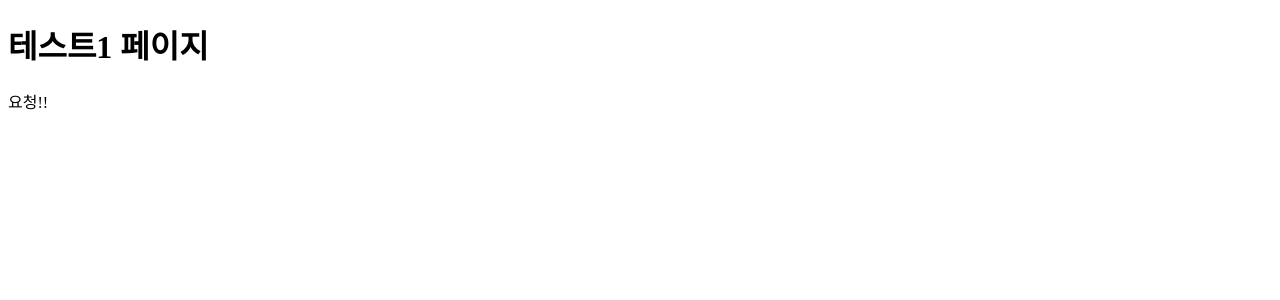
Repository: jyein/spring-boot
Page: servlet/ServletStudy-202210-seonguk/src/main/webapp/WEB-INF/test1.html
The author's editor kept a copy of each file at every save. The page is drawn from the files as they stood at one save, then again after the next save.
The browser window is 1280 px wide. The pictures show the whole page.

Above is the page before, as saved 2022-11-30 11:38:50.

After the next save:
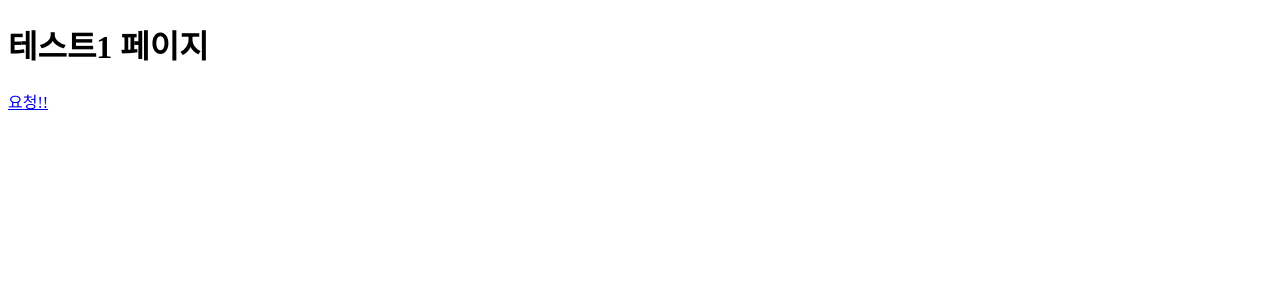
Saved 72 s later.
--- a/servlet/ServletStudy-202210-seonguk/src/main/webapp/WEB-INF/test1.html
+++ b/servlet/ServletStudy-202210-seonguk/src/main/webapp/WEB-INF/test1.html
@@ -6,6 +6,6 @@
 </head>
 <body>
 	<h1>테스트1 페이지</h1>
-	<a herf = "/req/1?test=10 & name = 철수"> 요청!! </a>
+	<a href = "/req/1?test=10 & name = 철수"> 요청!! </a>
 </body>
 </html>
